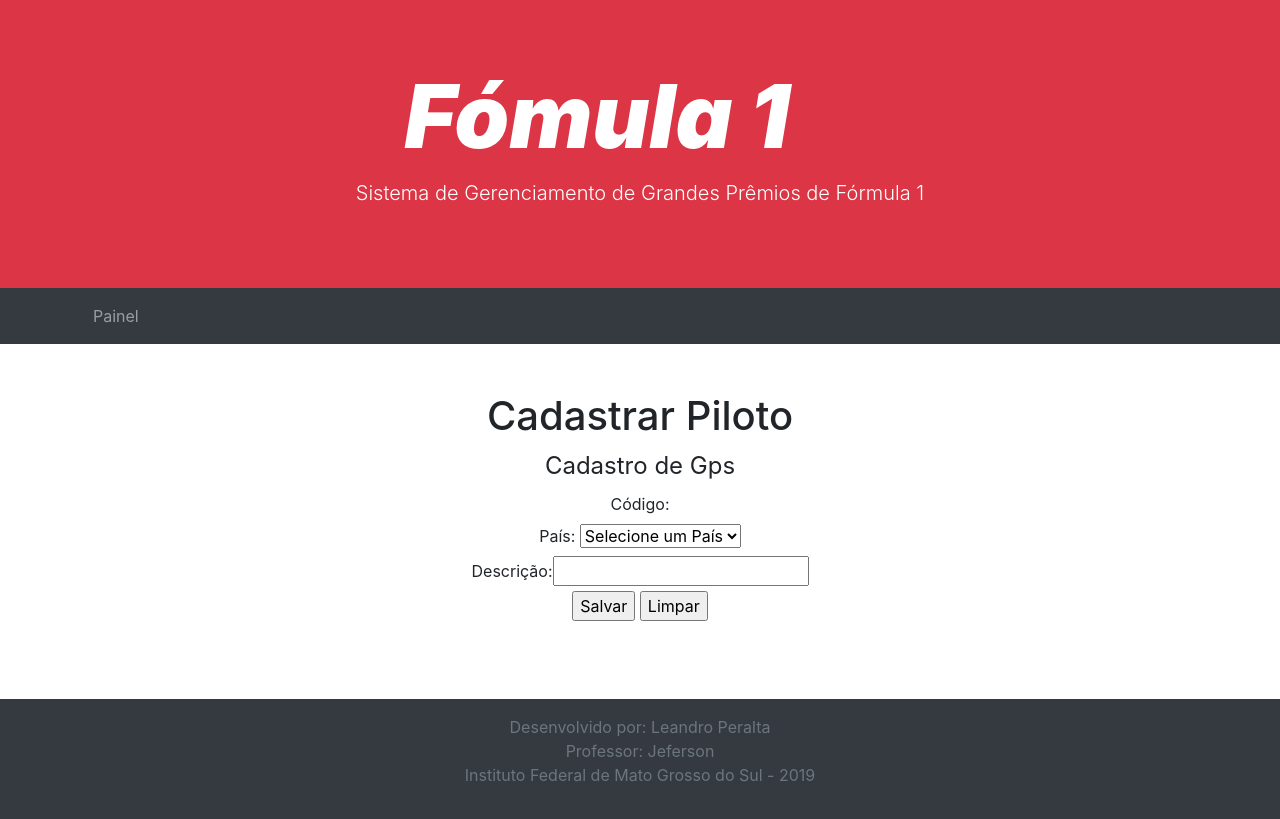
Repository: lperalta13/Formula1_Java
Page: http://localhost/formula1/gp.jsp
An editor plug-in stored every save of this project. The page is shown before and after the next save, followed by the edit.
The browser window is 1280 px wide. The pictures show the whole page.
The page is served by Tomcat 9. The template is opened directly, without the code that normally fills it, so the values that code supplies are empty.

Above is the page before, as saved 2019-12-11 21:43:14.

After the next save:
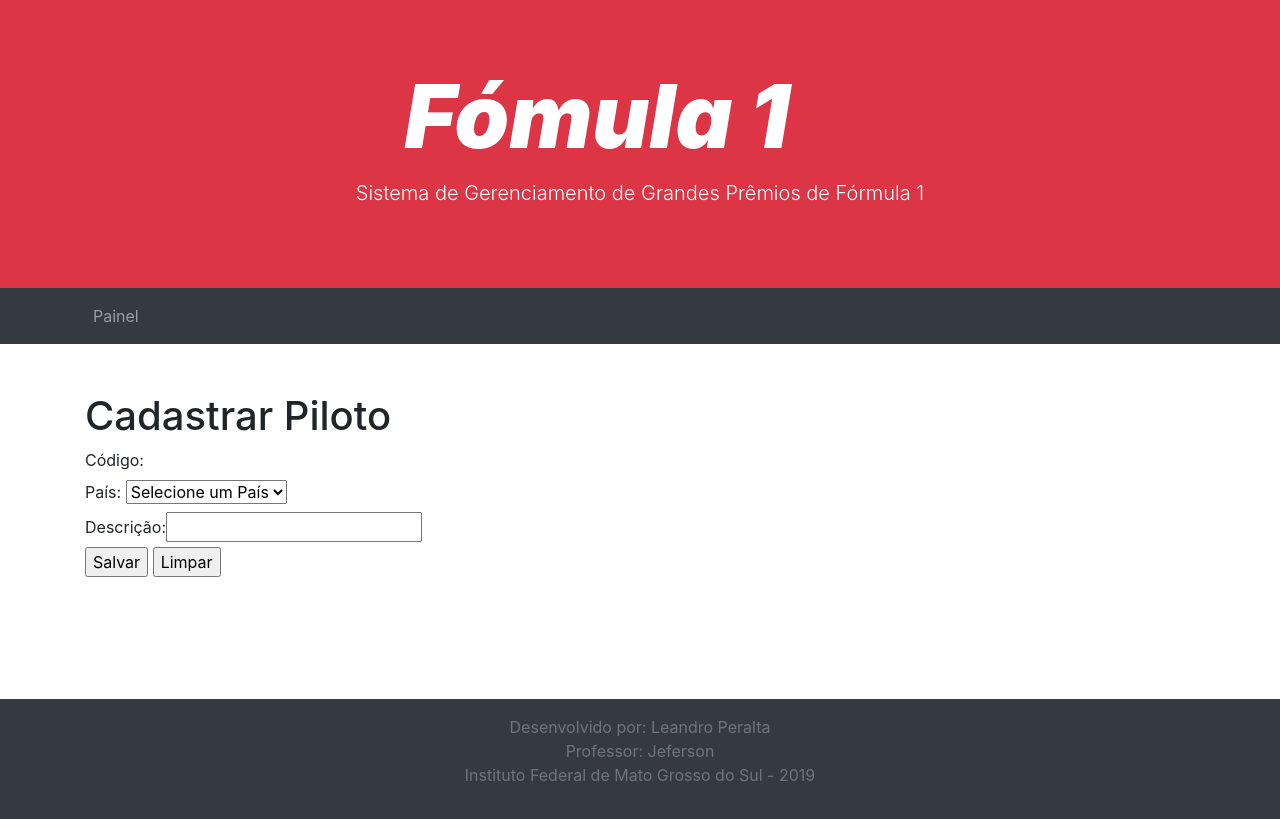
Saved 4 s later.
--- a/formula1/WebContent/gp.jsp
+++ b/formula1/WebContent/gp.jsp
@@ -45,13 +45,12 @@
       </div>
     </div>
     </nav>
-<div class="container" align="center">
+<div class="container">
 	<div class="row mt-5">
 		<div class="col-md-12">
 			<h1>Cadastrar Piloto</h1>
 		<form method="get" action="cadGp">
 			<fieldset>
-				<legend>Cadastro de Gps</legend>
 				<label>Código: </label><input type="hidden" name="codigo" />
 				<br />
 				<label>País:</label>
